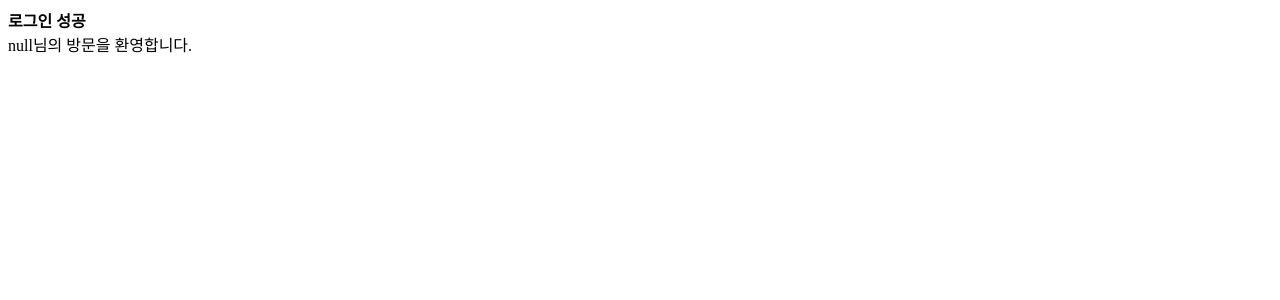
Repository: yurilee9696/jsp
Page: http://localhost/amasbin/loginOkProc.jsp
An editor plug-in stored every save of this project. The page is shown before and after the next save, followed by the edit.
The browser window is 1280 px wide. The pictures show the whole page.
The page is served by Tomcat 9.

Above is the page before, as saved 2018-05-01 01:42:56.

### project/amasbin/WebContent/loginOkProc.jsp
<%@ page language="java" contentType="text/html; charset=UTF-8"
    pageEncoding="UTF-8"%>
<!DOCTYPE html>
<html>
<head>
<meta charset="UTF-8">
<title>Insert title here</title>
</head>
<body>
<b>로그인 성공</b><br>
<%String id=request.getParameter("id");
out.println(id+"님의 방문을 환영합니다.");
%>

</body>
</html>

After the next save:
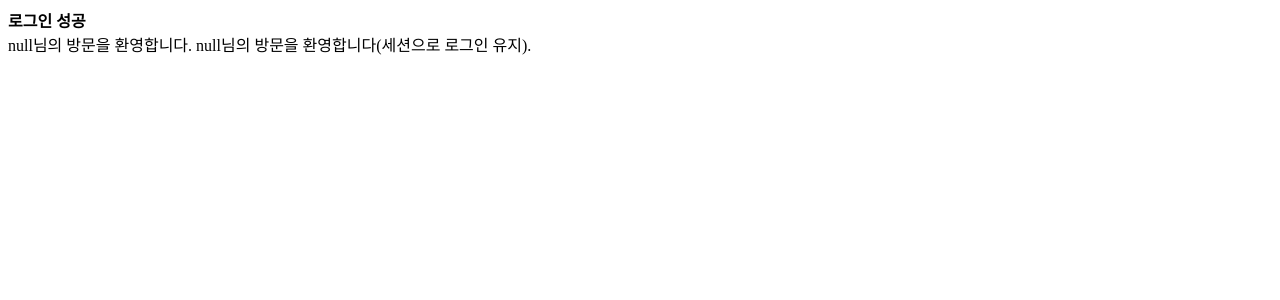
Saved 109 s later.
--- a/project/amasbin/WebContent/loginOkProc.jsp
+++ b/project/amasbin/WebContent/loginOkProc.jsp
@@ -10,6 +10,8 @@
 <b>로그인 성공</b><br>
 <%String id=request.getParameter("id");
 out.println(id+"님의 방문을 환영합니다.");
+String idSession=(String) session.getAttribute("id");
+out.println(idSession+"님의 방문을 환영합니다(세션으로 로그인 유지).");
 %>
 
 </body>
